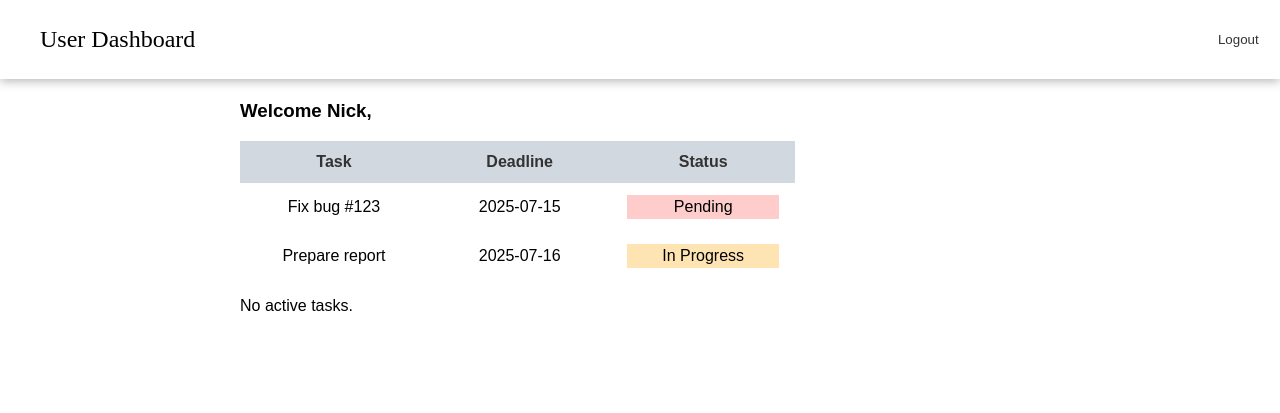
Repository: Edmund-Kiama/todoPHP
Page: /user (app in task-manager-frontend/)
The author's editor kept a copy of each file at every save. The page is drawn from the files as they stood at one save, then again after the next save.
The browser window is 1280 px wide. The pictures show the whole page.
The project was rebuilt for these pictures with package versions that can differ from the ones it lists, and the page was loaded fresh each time. Also part of the build but not shown: task-manager-frontend/vite.config.js, task-manager-frontend/src/components/Login/login.css, task-manager-frontend/src/components/Login/Login.vue, task-manager-frontend/src/components/Admin/admin.css, task-manager-frontend/src/components/Admin/AdminDashboard.vue.

Above is the page before, as saved 2025-07-12 22:40:38.

### task-manager-frontend/src/App.vue
<script setup>
  import Navbar from './components/Navbar/Navbar.vue';
  import { store } from './store';
</script>

<template>
  <Navbar />
  <router-view />
</template>

### task-manager-frontend/src/router/index.js
import { createRouter, createWebHistory } from 'vue-router';
import Login from '../components/Login/Login.vue';
import AdminDashboard from '../components/Admin/AdminDashboard.vue';
import UserDashboard from '../components/User/UserDashboard.vue';

const routes = [
  { path: '/', name: 'Login', component: Login },
  { path: '/admin', name: 'AdminDashboard', component: AdminDashboard },
  { path: '/user', name: 'UserDashboard', component: UserDashboard }
];

const router = createRouter({
  history: createWebHistory(),
  routes
});

export default router;

### task-manager-frontend/src/components/Navbar/Navbar.vue

<template>
  <nav v-if="store.user.loggedIn" class="navbar">
    <ul>
      <li v-if="user.role === 'admin'">Admin Dashboard</li>
      <li v-if="user.role === 'user'">User Dashboard</li>
      <li><button @click="logout">Logout</button></li>
    </ul>
  </nav>
</template>

<script setup>
  import "./nav.css"
  import { store } from '../../store'
  import { useRouter } from 'vue-router'

  const router = useRouter()

  const user = store.user
  if (!user.loggedIn) router.push('/')

  function logout() {
    store.user.role = null
    store.user.loggedIn = false
    localStorage.removeItem('token')
    router.push('/')
  }
</script>

### task-manager-frontend/src/store.js
import { reactive } from 'vue'

export const store = reactive({
  user: {
    role: "user",
    loggedIn: true,
    username: "Nick"
  },
})

### task-manager-frontend/src/components/User/UserDashboard.vue
<script setup>
  import './user.css'
  import { ref, computed } from 'vue';
  import { store } from '../../store';

  // Mocked logged-in user
  const currentUser = 'user@example.com';
  const user = store.user

  // Mocked task list — in a real app, fetch from backend
  const allTasks = ref([
    { title: 'Fix bug #123', user: 'user@example.com', deadline: '2025-07-15', status: 'Pending' },
    { title: 'Prepare report', user: 'user@example.com', deadline: '2025-07-16', status: 'In Progress' },
    { title: 'Update Docs', user: 'bob@example.com', deadline: '2025-07-17', status: 'Pending' }
  ]);

  const userTasks = computed(() =>
    allTasks.value.filter(task => task.user === currentUser)
  );
  const activeTasks = computed(() => userTasks.value.filter(t => t.status !== 'Completed'))
  const completedTasks = computed(() => userTasks.value.filter(t => t.status === 'Completed'))

  function nextStatus(status) {
    if (status === 'Pending') return 'In Progress';
    if (status === 'In Progress') return 'Completed';
    return '';
  }

  function advanceStatus(index) {
    const task = userTasks.value[index];
    if (task.status === 'Pending') {
      task.status = 'In Progress';
    } else if (task.status === 'In Progress') {
      task.status = 'Completed';
    }
  }
  function statusClass(status) {
    return {
      'status-completed': status === 'Completed',
      'status-inprogress': status === 'In Progress',
      'status-pending': status === 'Pending',
    }
  }
</script>
<template>
    <div class="user-dashboard">
  <section>
    <h3>Welcome {{ user.username }},</h3>

    <!-- Active Tasks Table -->
    <table >
      <thead>
        <tr>
          <th>Task</th><th>Deadline</th><th>Status</th>
        </tr>
      </thead>
      <tbody>
        <tr v-for="(task, index) in activeTasks" :key="index">
          <td>{{ task.title }}</td>
          <td>{{ task.deadline }}</td>
          <td><div :class="statusClass(task.status)">{{ task.status }}</div></td>
          <td>
            <button @click="advanceStatus(index)">
              Mark as {{ nextStatus(task.status) }}
            </button>
          </td>
        </tr>
      </tbody>
    </table>

    <div v-if="activeTasks !== 0">
      <p>No active tasks.</p>
    </div>

    <!-- Completed Tasks Table -->
    <h4 v-if="completedTasks.length" style="margin-top: 2rem;">Completed Tasks</h4>
    <table v-if="completedTasks.length">
      <thead>
        <tr>
          <th>Task</th><th>Deadline</th><th>Status</th>
        </tr>
      </thead>
      <tbody>
        <tr v-for="(task, index) in completedTasks" :key="index">
          <td>{{ task.title }}</td>
          <td>{{ task.deadline }}</td>
          <td><div :class="statusClass(task.status)">{{ task.status }}</div></td>
        </tr>
      </tbody>
    </table>
  </section>
</div>

</template>

### task-manager-frontend/src/components/Navbar/nav.css
.navbar {
    background-color: white;
    margin: 0;
    padding: 0;
    position: fixed;
    box-shadow: 0 2px 10px rgba(0, 0, 0, 0.3);
    width: 100%;
    top: 0;
    left: 0;
    right: 0;
}
.navbar ul {
    display: flex;
    justify-content: space-between;
    align-items: center;
    gap: 1rem;
    list-style: none;
    font-size: 1.5em;
}
.navbar ul li {
    display: flex;
    align-items: center;
}
.navbar button {
    text-decoration: none;
    background: none;
    border: none;
    padding: 0.5rem;
    border-radius: 5px;
    color: #333;
    transition: all;
    transition-duration: 300ms;
    cursor: pointer;
    margin-right: 1em;
}
.navbar button:hover {
    background-color:  #3498db;
    color: white;
}

### task-manager-frontend/src/components/User/user.css
.user-dashboard {
    max-width: 800px;
    margin: 2rem auto;
    margin-top: 100px;
    margin-bottom: 150px;
    font-family: Arial, sans-serif;
}

.user-dashboard table {
    width: 100%;
    border-collapse: collapse;
    margin-top: 1rem;
    font-family: sans-serif;
    border: none; /* remove outer border */
}
.user-dashboard th,
.user-dashboard td {
    padding: 0.75rem 1rem;
    text-align: center;
    border: none; /* remove inner lines */
    vertical-align: middle;
    min-width: 100px;
}

.user-dashboard th {
    background-color: #d1d8df;
    font-weight: bold;
    color: #333;
}

.user-dashboard td button {
    visibility: hidden;
    background-color: #4DA2F7;
    color: white;
    border: none;
    padding: 5px 10px;
    margin-right: 5px;
    border-radius: 4px;
    cursor: pointer;
    transition: background-color 0.2s ease;
}

.user-dashboard button:hover {
    background-color: #1c74d9;
}

.user-dashboard tr:hover td button {
    visibility: visible;
}

.user-dashboard tr:hover {
    background-color: #f0f8ff;
}
.user-dashboard .status-completed {
    background-color: rgba(0, 128, 0, 0.189);
    text-align: center;
    padding: 0.2em;
}

.user-dashboard .status-inprogress {
    text-align: center;
    background-color: rgba(255, 166, 0, 0.297);
    padding: 0.2em;
}

.user-dashboard .status-pending {
    text-align: center;
    background-color: rgba(255, 0, 0, 0.2);
    padding: 0.2em;
}
.user-dashboard .no-tasks {
    text-align: center;
    width: 100%;
    font-size: 2em;
    padding: 1em;
  }

Loaded but not shown: task-manager-frontend/index.html (common file); task-manager-frontend/src/main.js (common file)

After the next save:
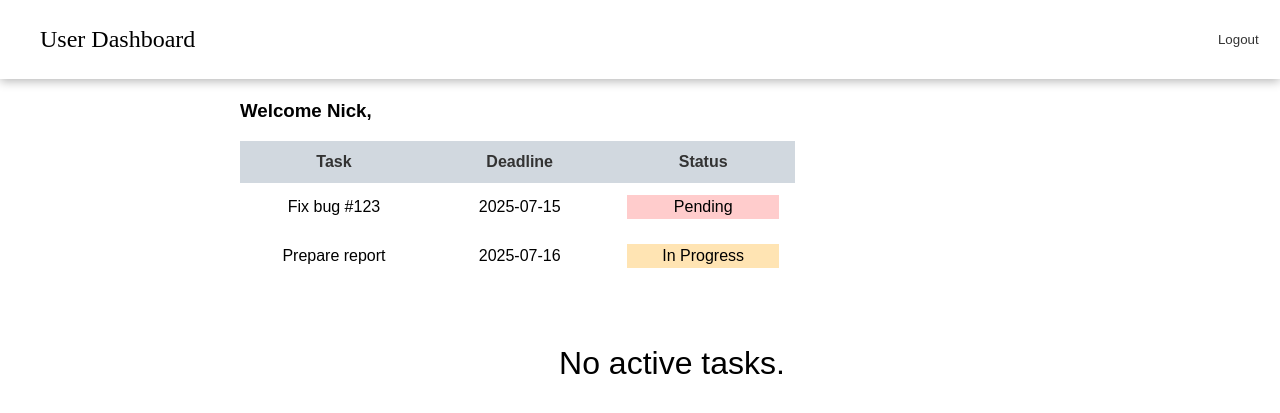
Saved 8 s later.
--- a/task-manager-frontend/src/components/User/UserDashboard.vue
+++ b/task-manager-frontend/src/components/User/UserDashboard.vue
@@ -68,7 +68,7 @@
       </tbody>
     </table>
 
-    <div v-if="activeTasks !== 0">
+    <div v-if="activeTasks !== 0" class="no-tasks">
       <p>No active tasks.</p>
     </div>
 
